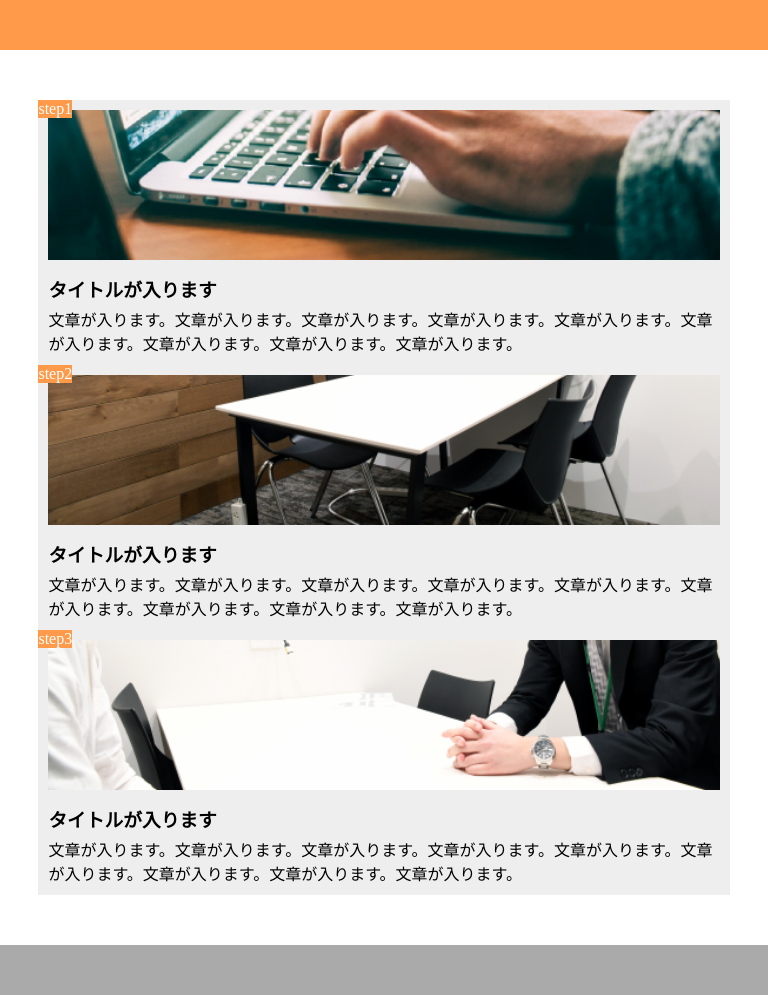
Repository: cacaobucks/git-practice
Page: answer/answer.html
The author's editor kept a record of every edit. The page is drawn from the files as they stood at one moment, then again after the next edit.
The browser window is 768 px wide. The pictures show the whole page.

Above is the page before.

### answer/answer.html
<!DOCTYPE html>
<html lang="ja">
  <head>
    <meta charset="UTF-8" />
    <meta name="viewport" content="width=device-width,initial-scale=1.0">
    <title>9章演習</title>
    <link rel="stylesheet" href="answer.css" />
  </head>
  <body>
    <header></header>
    <main>
      <div class="step-box">
        <div class="step-img1"></div>
        <span class="step-num">step1</span>
        <h3 class="title">タイトルが入ります</h3>
        <p class="text">
          文章が入ります。文章が入ります。文章が入ります。文章が入ります。文章が入ります。文章が入ります。文章が入ります。文章が入ります。文章が入ります。
        </p>
      </div>

      <div class="step-box">
        <div class="step-img2"></div>
        <span class="step-num">step2</span>
        <h3 class="title">タイトルが入ります</h3>
        <p class="text">
          文章が入ります。文章が入ります。文章が入ります。文章が入ります。文章が入ります。文章が入ります。文章が入ります。文章が入ります。文章が入ります。
        </p>
      </div>

      <div class="step-box">
        <div class="step-img3"></div>
        <span class="step-num">step3</span>
        <h3 class="title">タイトルが入ります</h3>
        <p class="text">
          文章が入ります。文章が入ります。文章が入ります。文章が入ります。文章が入ります。文章が入ります。文章が入ります。文章が入ります。文章が入ります。
        </p>
      </div>
    </main>
    <footer></footer>
  </body>
</html>

### answer/answer.css
* {
  box-sizing: border-box;
  margin: 0;
  padding: 0;
}

header {
  height: 50px;
  background-color: #ff9a4b;
}

main {
  width: 960px;
  margin: 50px auto;
  display: flex;
}

.step-box {
  width: 300px;
  margin-right: 30px;
  padding: 10px;
  position: relative;
  background-color: #eee;
}

.step-box:last-child {
  margin-right: 0;
}

.step-img1 {
  height: 150px;
  background-image: url(img/flow01.png);
  background-position: bottom;
  background-size: cover;
}

.step-img2 {
  height: 150px;
  background-image: url(img/flow02.png);
  background-position: bottom;
  background-size: cover;
}

.step-img3 {
  height: 150px;
  background-image: url(img/flow03.png);
  background-position: bottom;
  background-size: cover;
}

.step-num {
  position: absolute;
  top: 0;
  left: 0;
  background-color: #ff9a4b;
  color: #fff;
}

.title {
  margin: 15px 0 5px;
}

footer {
  height: 50px;
  background-color: #aaa;
}

/* タブレット縦置きサイズ（768px）以下の際に適用される設定 */
@media screen and (max-width:768px) {

main {width: 90%;display: block;}

.step-box{width: 100%;}


.step-box:last-child {}


}

After the next edit:
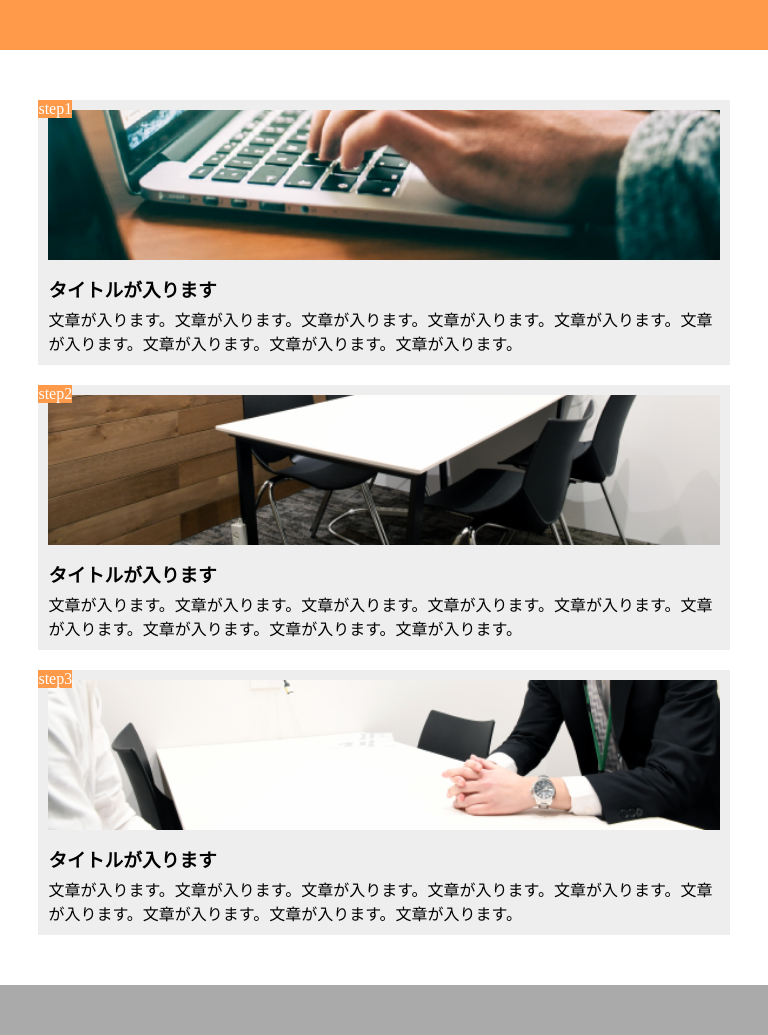
The edit:
--- a/answer/answer.css
+++ b/answer/answer.css
@@ -70,7 +70,7 @@
 
 main {width: 90%;display: block;}
 
-.step-box{width: 100%;}
+.step-box{width: 100%; margin-bottom: 20px;}
 
 
 .step-box:last-child {}
